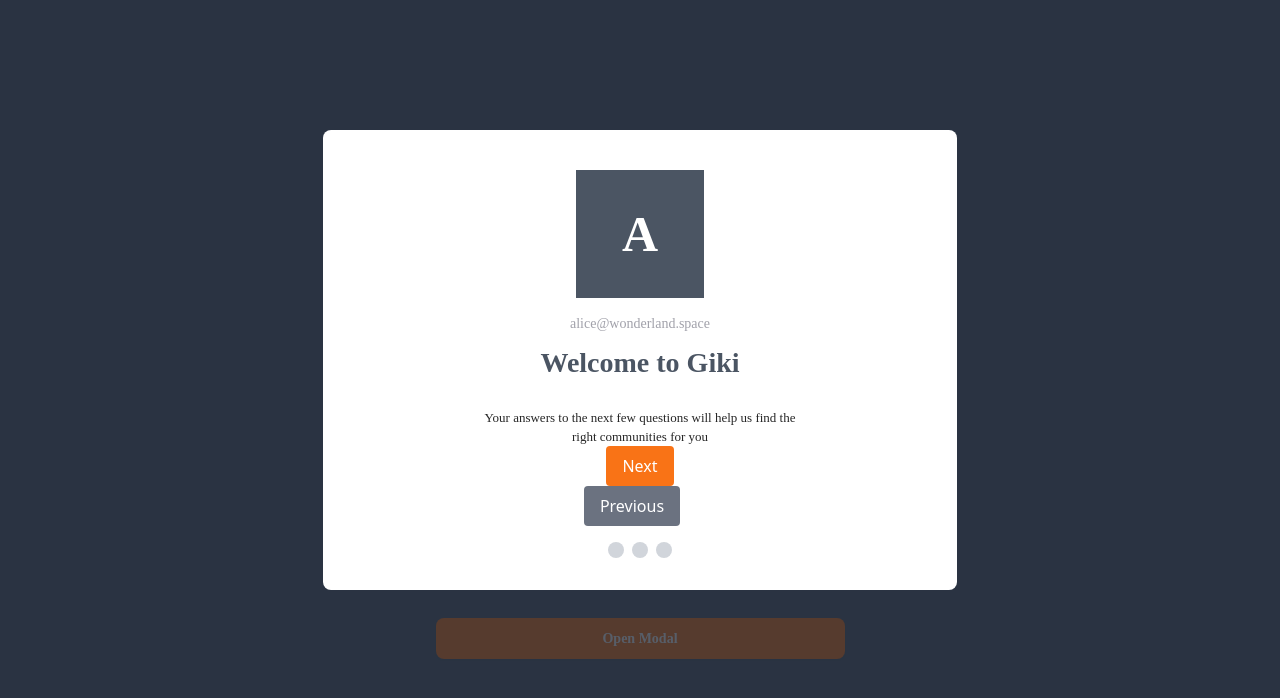
Repository: ZakariaZhlat125/lucatctyteste
Page: /, after clicking the first element matching `button.mt-36`
An editor plug-in stored every save of this project. The page is shown before and after the next save, followed by the edit.
The browser window is 1280 px wide. The pictures show the whole page.
The project was rebuilt for these pictures with package versions that can differ from the ones it lists, and the page was loaded fresh each time. Also part of the build but not shown: vite.config.js, src/Components/ModalComponents/PickLang.jsx, src/Components/ModalComponents/SelectImage.jsx.

Above is the page before, as saved 2023-09-29 10:56:47.

After the next save:
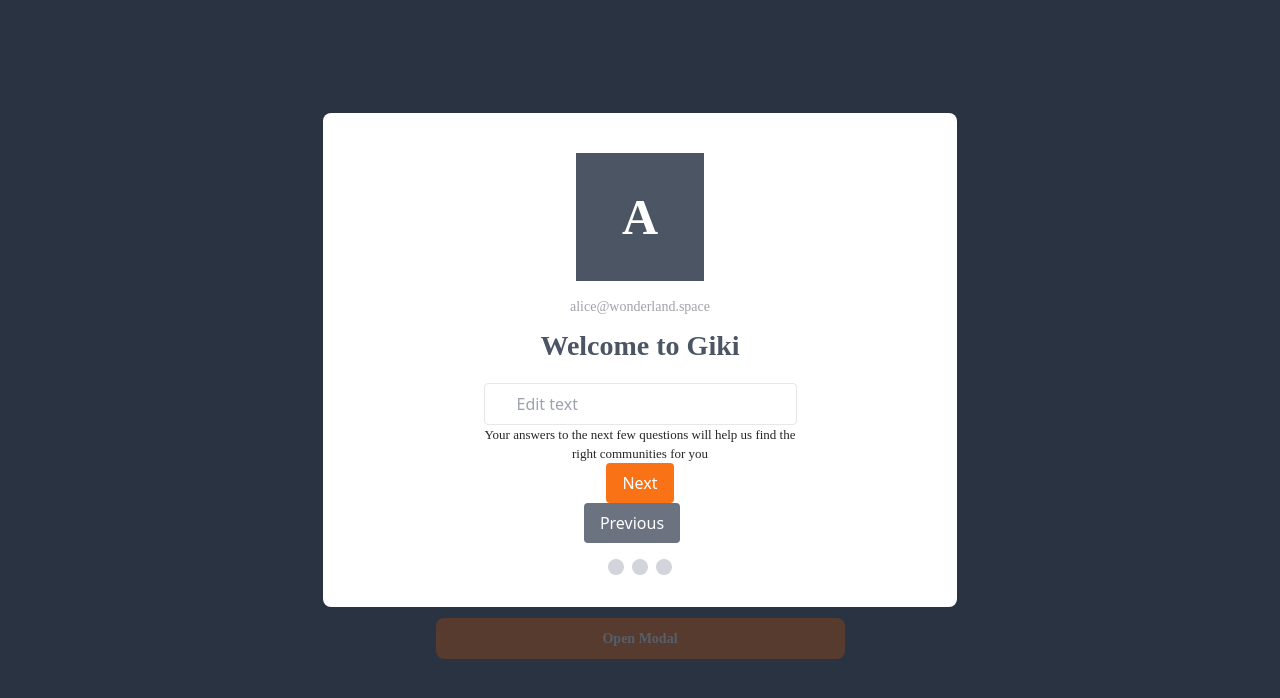
Saved 33 s later.
--- a/src/Components/ModalComponents/Welcom.jsx
+++ b/src/Components/ModalComponents/Welcom.jsx
@@ -1,7 +1,6 @@
 import React from "react";
 import { FontAwesomeIcon } from "@fortawesome/react-fontawesome";
 import { faPencilAlt } from "@fortawesome/free-solid-svg-icons";
-
 
 const Welcom = () => {
   return (
@@ -18,9 +17,16 @@
       <h3 className="text-gray-600 text-[28px] font-bold font-['Poppins']">
         Welcome to Giki
       </h3>
-      <div>
-        <input type="text" />
-
+      <div className="relative mt-4">
+        <input
+          type="text"
+          placeholder="Edit text"
+          className="py-2 px-8 pr-12 border rounded focus:outline-none focus:border-orange-500"
+        />
+        <FontAwesomeIcon
+          icon={faPencilAlt}
+          className="absolute right-2 top-2 text-white w-6 h-6 cursor-pointer"
+        />
       </div>
       <p className="w-[314px] text-center text-neutral-800 text-[13px] font-medium font-['Poppins'] leading-[19px]">
         Your answers to the next few questions will help us find the right
